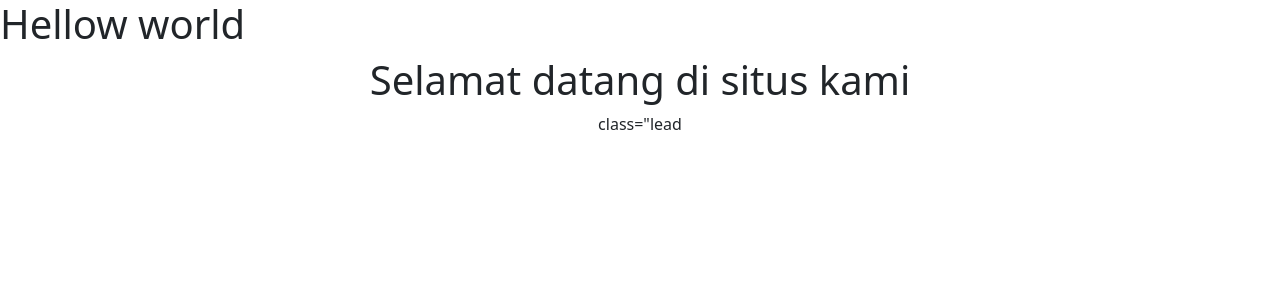
Repository: aryowisang/mbg
Page: latihan-24.html
An editor plug-in stored every save of this project. The page is shown before and after a run of saves, followed by the edit.
The browser window is 1280 px wide. The pictures show the whole page.

Above is the page before, as saved 2026-04-30 13:57:03.

### latihan-24.html
<!DOCTYPE html>
<html lang="en">
<head>
    <meta charset="UTF-8">
    <meta name="viewport" content="width=device-width, initial-scale=1.0">
    <title>Document</title>
    <link rel="stylesheet" href="dist/css/bootstrap.min.css">
</head>
<body>
    <h1>Hellow world</h1>

    <section id="hero" class="hero text-center">
        <div class="container fade-line-up">
            <h1>Selamat datang di situs kami</h1>
            <p> class="lead</p>
    </section>
</body>
</html>

Loaded but not shown: dist/css/bootstrap.min.css (library)

After the next 2 saves:
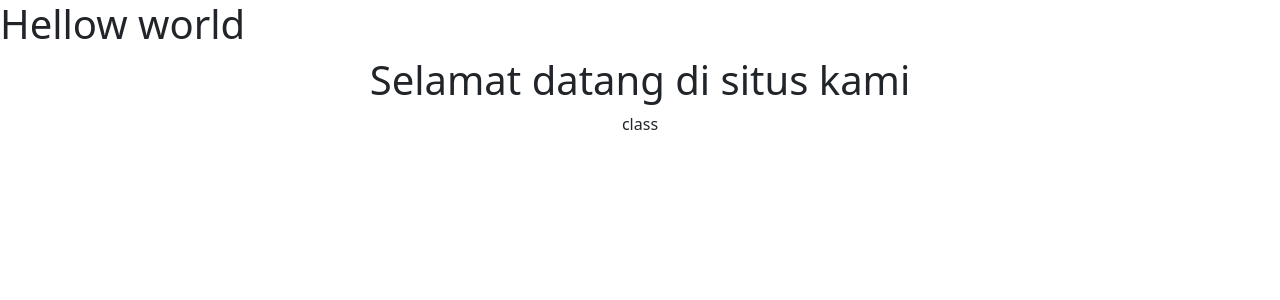
The 2 saves are shown as one change because they came seconds apart.
The last was saved 10 s later.
--- a/latihan-24.html
+++ b/latihan-24.html
@@ -12,7 +12,7 @@
     <section id="hero" class="hero text-center">
         <div class="container fade-line-up">
             <h1>Selamat datang di situs kami</h1>
-            <p> class="lead</p>
+            <p> class</p>
     </section>
 </body>
 </html>
